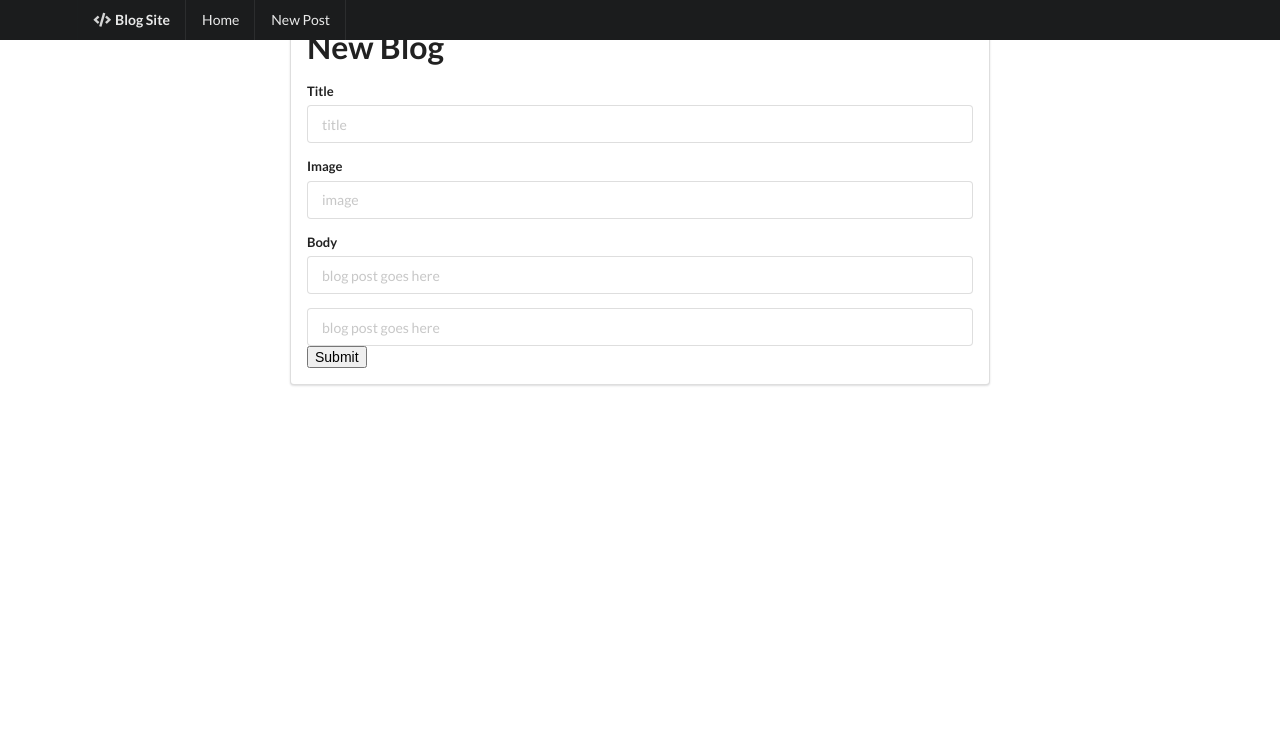
Repository: demioke/web-development-bootcamp
Page: http://localhost/blogs/new
The author's editor kept a record of every edit. The page is drawn from the files as they stood at one moment, then again after the next edit.
The browser window is 1280 px wide. The pictures show the whole page.
Some web libraries are served in a nearby version. The page is served by the project's Node server (RESTful_Routing/RESTfulBlogApp/app.js).

Above is the page before.

### RESTful_Routing/RESTfulBlogApp/views/new.ejs
<% include ./partials/header.ejs %>

<div class="ui main text container segment">
    <div class="ui huge header">New Blog</div>
    <form class="ui form" action="/blogs" method="POST">
        <div class="field">
            <label>Title</label>
            <input type="text" name="blog[title]" placeholder="title">
        </div>
        <div class="field">
            <label>Image</label>
            <input type="text" name="blog[image]" placeholder="image">
        </div>
        <div class="field">
            <label>Body</label>
            <input type="text" name="blog[body]" placeholder="blog post goes here">
        </div>
        <input type="text" name="blog[body]" placeholder="blog post goes here">
        <input type="submit">
    </form>
</div>

<% include ./partials/footer.ejs %>

<!--<input type="text" name="blog[title]">-->
<!--What this will do is, instead of making the value for title available directly -->
<!--from req.body.title it will put it inside of an object, like so: req.body.blog.title-->
<!--same goes for "blog[image]" and name="blog[body]".-->
<!--Now all of the values from the inputs in the form get added into one object (req.body.blog) -->
<!--and you can easily input that data into the database simply by passing in req.body.blog to Blog.create()-->

### RESTful_Routing/RESTfulBlogApp/views/partials/header.ejs
<!DOCTYPE html>
<html>
    <head>
        <title>Blog App</title>
        <link rel="stylesheet" type="text/css" href="https://cdnjs.cloudflare.com/ajax/libs/semantic-ui/2.3.2/semantic.min.css">
        <link rel="stylesheet" type="text/css" href="/stylesheets/app.css">
    </head>
    <body>
        <div class="ui fixed inverted menu">
            <div class="ui container">
                <div class="header item"><i class="code icon"></i> Blog Site</div>
                <a href="/" class="item">Home</a>
                <a href="/blogs/new" class="item">New Post</a>
            </div>
        </div>

### RESTful_Routing/RESTfulBlogApp/app.js
var express = require("express");
var app = express();
var bodyParser = require("body-parser");
var mongoose = require("mongoose");
var methodOverride = require("method-override");
var expressSanitizer = require("express-sanitizer");

// APP CONFIG
mongoose.connect("mongodb://localhost/restful_blog_app");
app.set("view engine", "ejs");
app.use(express.static("public")); // allows us to serve custo stylesheets saved in this directory
app.use(bodyParser.urlencoded({extended: true}));
app.use(expressSanitizer()); //has to come after body-parser. allows us to prevent users from entering script tags int htmls
app.use(methodOverride("_method")); // looks for _method in urls to enable html to make PUT and DELETE requests


// MONGOOSE/MODEL CONFIG
var blogSchema = new mongoose.Schema({
    title: String,
    image: String,
    body: String,
    created: {type: Date, default: Date.now} //the date the object i.e. the blog was created. default variable can be used in other obj variabls as used here
});
var Blog = mongoose.model("Blog", blogSchema);

// RESTFUL ROUTES

app.get("/", function(req, res) {
    res.redirect("/blogs");
});

// INDEX ROUTE
app.get("/blogs", function(req, res) {
    Blog.find({}, function(err, blogs) { // find all blogs in DB: "blogs"
        if(err) {
            console.log("ERROR");
        }
        else {
            res.render("index", {blogs: blogs}); // pass all blogs to ejs as "blogs"
        }
    });
});

// NEW ROUTE
app.get("/blogs/new", function(req, res) {
   res.render("new");
});

// CREATE ROUTE
app.post("/blogs", function(req, res) {
    // create blog
    console.log(req.body.blog.body);
    req.body.blog.body = req.sanitize(req.body.blog.body); //sanitizes body of blog
    console.log("=====================");
    console.log(req.body.blog.body);
    Blog.create(req.body.blog, function(err, newBlog) {
        if(err) {
            res.render("new");
        }
        else { // redirect to the index
            res.redirect("/blogs");
        }
    });
});

// SHOW ROUTE
app.get("/blogs/:id", function(req, res) {
    Blog.findById(req.params.id, function(err, foundBlog) {
        if(err) {
            res.redirect("/blogs");
        }
        else {
            res.render("show", {blog: foundBlog});
        }
    });
});

// EDIT ROUTE
app.get("/blogs/:id/edit", function(req, res) {
    Blog.findById(req.params.id, function(err, foundBlog) {
        if(err) {
            res.redirect("/blogs");
        }
        else {
            res.render("edit", {blog: foundBlog});
        }
    });
});

// UPDATE ROUTE
app.put("/blogs/:id", function(req, res) {
    req.body.blog.body = req.sanitize(req.body.blog.body); //sanitizes body of blog
    Blog.findByIdAndUpdate(req.params.id, req.body.blog, function(err, updatedBlog) { // 2nd parameter of fn is the new updated data
        if(err) {
            res.redirect("/blogs");
        }
        else {
            res.redirect("/blogs/" + req.params.id) // redirects back to show page with updated blog
        }
    });
});

// DELETE ROUTE
app.delete("/blogs/:id", function(req, res) {
    //destroy blog
    Blog.findByIdAndRemove(req.params.id, function(err) { // callback fn only takes err argument as blog data may be deleted
        if(err) {
            res.redirect("/blogs");
        }
        else {
            res.redirect("/blogs");
        }
    });
    //redirect somewhere
});

app.listen(process.env.PORT, process.env.IP, function() {
    console.log("SERVER IS RUNNING");
});

### RESTful_Routing/RESTfulBlogApp/public/stylesheets/app.css
i .icon {
    font-size: 4em;
}

Loaded but not shown: RESTful_Routing/RESTfulBlogApp/views/partials/footer.ejs (common file)

After the next edit:
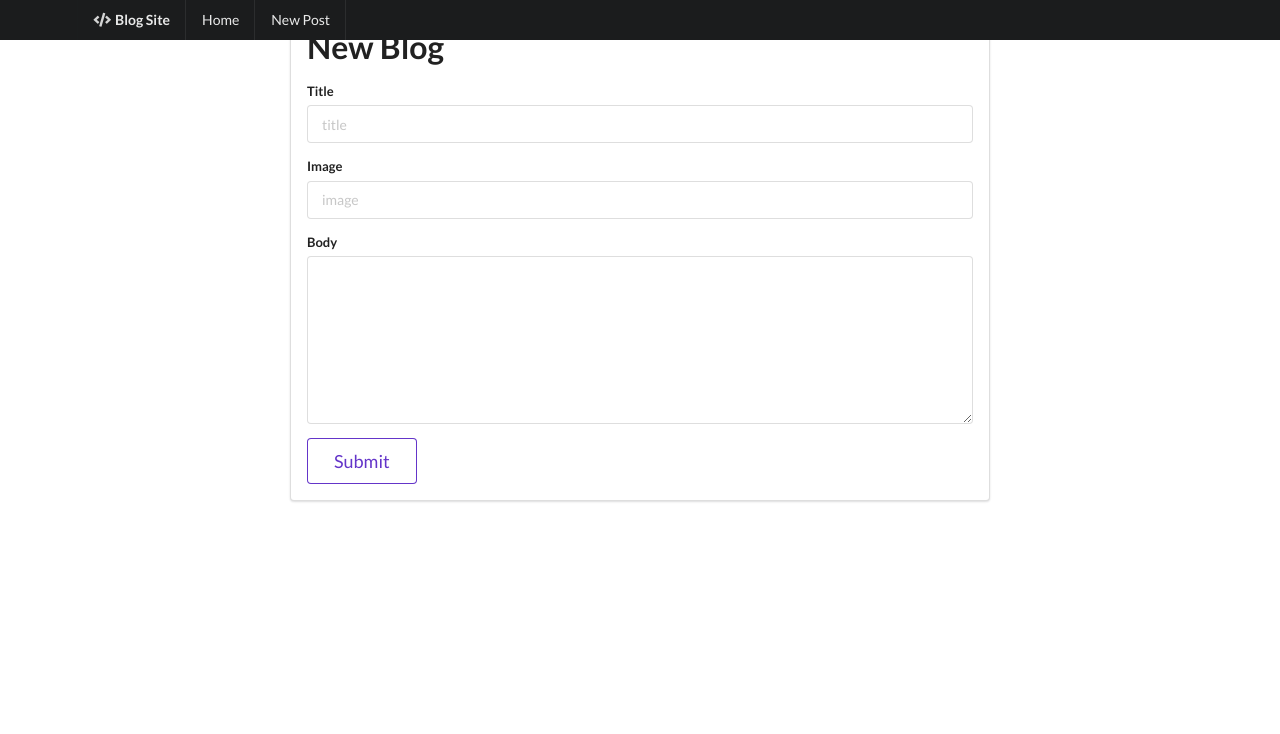
The edit:
--- a/RESTful_Routing/RESTfulBlogApp/views/new.ejs
+++ b/RESTful_Routing/RESTfulBlogApp/views/new.ejs
@@ -13,10 +13,9 @@
         </div>
         <div class="field">
             <label>Body</label>
-            <input type="text" name="blog[body]" placeholder="blog post goes here">
+            <textarea name="blog[body]"></textarea>
         </div>
-        <input type="text" name="blog[body]" placeholder="blog post goes here">
-        <input type="submit">
+        <input class="ui violet big basic button" type="submit">
     </form>
 </div>
 
